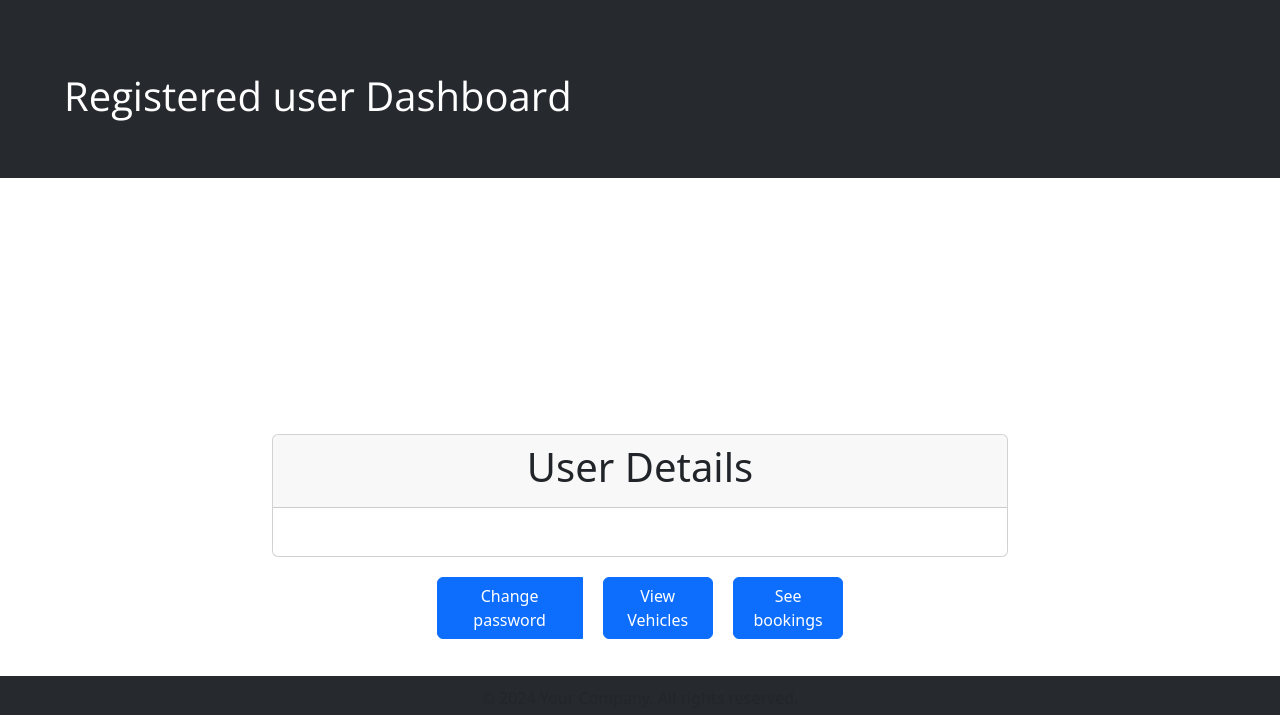
Repository: VimashaVishvani/VehicleRental
Page: http://localhost/Vehicle_rentalDb/registeredUser.jsp
These files come from the project's save history. The page is drawn as it stood at one moment and after the next save; the edit follows.
The browser window is 1280 px wide. The pictures show the whole page.
The page is served by Tomcat 9. Other server files are loaded and not shown.

Above is the page before, as saved 2024-05-12 09:34:22.

### Vehicle_rentalDb/src/main/webapp/registeredUser.jsp
<%@ page language="java" contentType="text/html; charset=ISO-8859-1" pageEncoding="ISO-8859-1"%>
<%@ taglib prefix="c" uri="http://java.sun.com/jsp/jstl/core"%>
<!DOCTYPE html>
<html>
<head>
<link href="https://fonts.googleapis.com/css2?family=Open+Sans&display=swap" rel="stylesheet">

<style>
	.dashboard{
	padding-top:10vh;
	padding-left:5%;
	padding-bottom:8vh;
    background-color:#262A2E; /* Pale background color */
    font-family: 'Open Sans', sans-serif; /* Use Open Sans font */
    color: #ffffff; /* White text color */
    margin-bottom:20%;


	}
.btn-group {
    display: flex;
    justify-content: center;
    margin-top: 20px;
    align-items: center; /* Center items vertically */
}

.btn-group .btn {
    margin: 0 10px; /* Add some spacing between buttons */
}
.footer {
    background-color: #262A2E;
    color: #ffffff;
    padding: 10px 0;
    text-align: center;
    position: fixed;
    bottom: 0;
    width: 100%;
}

</style>
    <meta charset="ISO-8859-1">
    <title>Car Owner</title>
    <link href="https://cdn.jsdelivr.net/npm/bootstrap@5.3.3/dist/css/bootstrap.min.css" rel="stylesheet" integrity="sha384-QWTKZyjpPEjISv5WaRU9OFeRpok6YctnYmDr5pNlyT2bRjXh0JMhjY6hW+ALEwIH" crossorigin="anonymous">
</head>
<body>

<c:if test="${param.result == 'booked'}">
    <script type="text/javascript">
        alert('You booked the car!');
    </script>
</c:if>
<c:if test="${param.result == 'Deleted'}">
    <script type="text/javascript">
        alert('record deleted!'');
    </script>
</c:if>

<h1 class="dashboard">Registered user Dashboard</h1>

<div class="container">
    <div class="row">
        <div class="col-md-8 offset-md-2">
            <div class="card">
                <div class="card-header">
                    <h1 class="text-center">User Details</h1>
                </div>
                <div class="card-body">
                    <table class="table">
                        <c:forEach var="user" items="${sessionScope.userDetails}">
                            <tr>
                                <td>Customer ID</td>
                                <td>${user.id}</td>
                            </tr>
                            <tr>
                                <td>Customer Name</td>
                                <td>${user.name}</td>
                            </tr>
                            <tr>
                                <td>Customer Email</td>
                                <td>${user.gmail}</td>
                            </tr>
                            <tr>
                                <td>Customer Phone</td>
                                <td>${user.phoneNumber}</td>
                            </tr>
                        </c:forEach>
                    </table>
                </div>
            </div>
        </div>
    </div>
</div>
<div class="btn-group col-md-4 offset-md-4">

<c:set var="userId" value="${sessionScope.userDetails[0].id}" />
<c:set var="pass" value="${sessionScope.userDetails[0].password}" />
<a href="userChangePw.jsp?id=${userId}&result=a&pw=${pass}" class="btn btn-primary">Change password</a>


<form action="vehicleServelet" method="get">
    <input type="hidden" value="${userId}" name="id">
    <input type="hidden" value="viewAvailableVehicle" name="task">
    <button type="submit"  class="btn btn-primary">View Vehicles</button>
</form>

<form action="bookingServlet" method="get">
    <input type="hidden" value="${userId}" name="id">
    <input type="hidden" value="ViewBookings" name="task">
    <button type="submit"  class="btn btn-primary">See bookings</button>
</form>
</div>


<footer class="footer">
    <div class="container">
        <span class="text-muted">© 2024 Your Company. All rights reserved.</span>
    </div>
</footer>
</body>
</html>

After the next save:
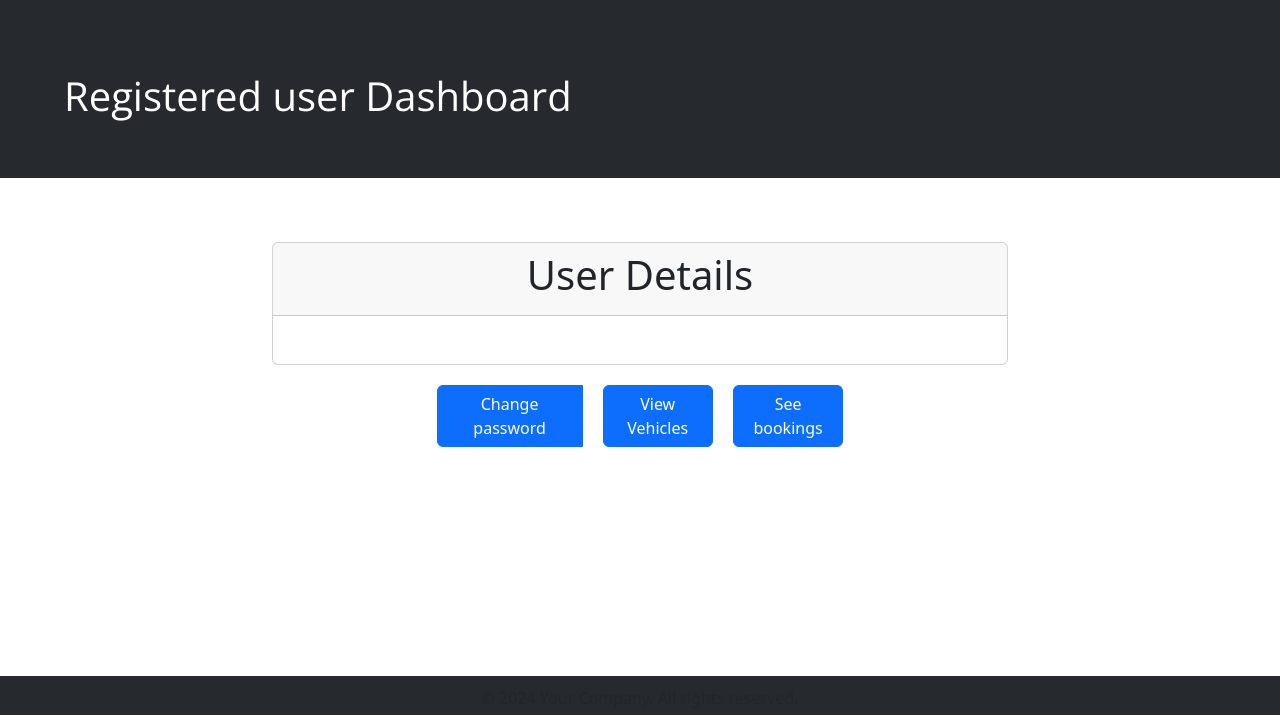
Saved 13 s later.
--- a/Vehicle_rentalDb/src/main/webapp/registeredUser.jsp
+++ b/Vehicle_rentalDb/src/main/webapp/registeredUser.jsp
@@ -13,7 +13,7 @@
     background-color:#262A2E; /* Pale background color */
     font-family: 'Open Sans', sans-serif; /* Use Open Sans font */
     color: #ffffff; /* White text color */
-    margin-bottom:20%;
+    margin-bottom:5%;
 
 
 	}
